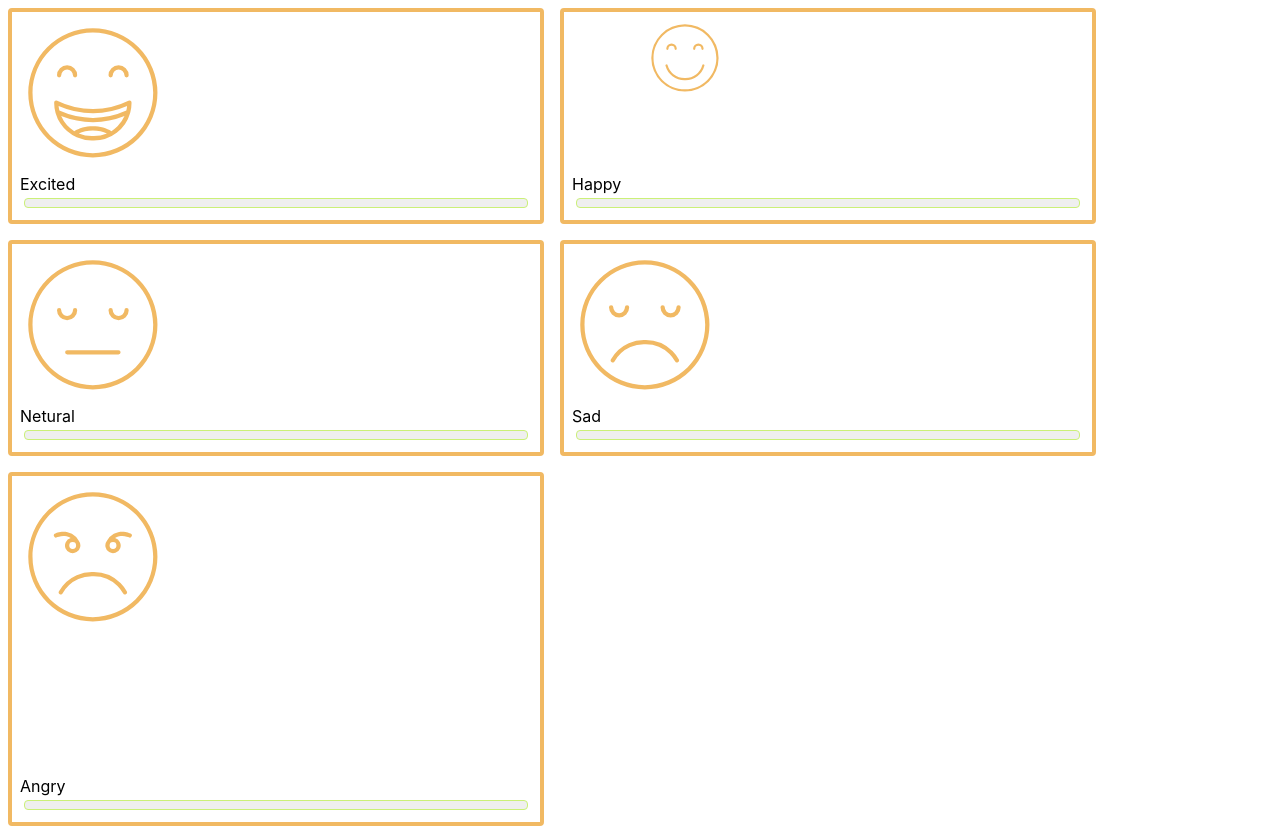
Repository: majakesin/moodify-app
Page: /
These files come from the project's save history. The page is drawn as it stood at one moment and after the next save; the edit follows.
The browser window is 1280 px wide. The pictures show the whole page.
The project was rebuilt for these pictures with package versions that can differ from the ones it lists, and the page was loaded fresh each time.

Above is the page before, as saved 2023-08-21 12:58:06.

### public/index.html
<!DOCTYPE html>
<html lang="en">
  <head>
    <meta charset="utf-8" />
    <link rel="icon" href="%PUBLIC_URL%/logo.svg" />
    <meta name="viewport" content="width=device-width, initial-scale=1" />
    <meta name="theme-color" content="#000000" />
    <meta
      name="description"
      content="Moodify -- App that gives yours ears the best music based on your mood"
    />
    <link rel="apple-touch-icon" href="%PUBLIC_URL%/logo.svg" />
    <!--
      manifest.json provides metadata used when your web app is installed on a
      user's mobile device or desktop. See https://developers.google.com/web/fundamentals/web-app-manifest/
    -->
    <link rel="manifest" href="%PUBLIC_URL%/manifest.json" />
    <!--
      Notice the use of %PUBLIC_URL% in the tags above.
      It will be replaced with the URL of the `public` folder during the build.
      Only files inside the `public` folder can be referenced from the HTML.

      Unlike "/favicon.ico" or "favicon.ico", "%PUBLIC_URL%/favicon.ico" will
      work correctly both with client-side routing and a non-root public URL.
      Learn how to configure a non-root public URL by running `npm run build`.
    -->
    <title>Moodify</title>
  </head>
  <body>
    <noscript>You need to enable JavaScript to run this app.</noscript>
    <div id="root"></div>
    <!--
      This HTML file is a template.
      If you open it directly in the browser, you will see an empty page.

      You can add webfonts, meta tags, or analytics to this file.
      The build step will place the bundled scripts into the <body> tag.

      To begin the development, run `npm start` or `yarn start`.
      To create a production bundle, use `npm run build` or `yarn build`.
    -->
  </body>
</html>

### src/App.js
import "./App.css";
import ChooseMood from "./pages/ChooseMood";

function App() {
  return (
    <div className="App">
      <ChooseMood />
    </div>
  );
}

export default App;

### src/App.css

button {
  border: 1px solid var(--first-color);
  border-radius: 4px;
  padding: 4px;
  margin: 4px;
}

### src/pages/ChooseMood/index.jsx
import { moods } from 'src/data/moods'
import Mood from 'src/components/Mood';

import styles from './index.module.css';

const ChooseMood = () => {

    return (
        <div>
            <div className={styles['mood-list']}>
                {moods.map(({ type, icon }) => {
                    return (<Mood type={type} icon={icon} />)
                })}
            </div>
        </div>
    )

};

export default ChooseMood;

### src/data/moods.js
export const moods = [
    {
        type: 'Excited',
        icon: <svg id="SvgjsSvg1081" xmlns="http://www.w3.org/2000/svg" version="1.1" xmlnsXlink="http://www.w3.org/1999/xlink" xmlnsSvgjs="http://svgjs.com/svgjs">
                <defs id="SvgjsDefs1082"></defs>
                <g id="SvgjsG1083">
                    <svg   preserveAspectRatio="xMidYMid meet" xmlns="http://www.w3.org/2000/svg" data-name="Layer 1" viewBox="0 0 1012 1012" width="288" height="288">
                        <path fill="currentcolor" d="M416.51318,95.48682A226.99992,226.99992,0,1,0,95.48682,416.51318,226.99992,226.99992,0,1,0,416.51318,95.48682ZM256,468C139.103,468,44,372.897,44,256S139.103,44,256,44s212,95.103,212,212S372.897,468,256,468ZM137.5,202a7.50006,7.50006,0,0,0,7.5-7.5,20.5,20.5,0,0,1,41,0,7.5,7.5,0,0,0,15,0,35.5,35.5,0,0,0-71,0A7.50006,7.50006,0,0,0,137.5,202Zm181,0a7.50006,7.50006,0,0,0,7.5-7.5,20.5,20.5,0,0,1,41,0,7.5,7.5,0,0,0,15,0,35.5,35.5,0,0,0-71,0A7.50006,7.50006,0,0,0,318.5,202Zm69.95947,82.13037a7.49875,7.49875,0,0,0-7.27832-.356A284.51645,284.51645,0,0,1,257.5,313h-1.48a284.55042,284.55042,0,0,1-125.2002-29.2251A7.4999,7.4999,0,0,0,120,290.5a132.31839,132.31839,0,0,0,79.15625,121.32324A131.47888,131.47888,0,0,0,252.5,423h7a132.5854,132.5854,0,0,0,127.794-97.37988A133.06894,133.06894,0,0,0,392,290.5,7.5003,7.5003,0,0,0,388.45947,284.13037ZM259.5,408h-7a116.58888,116.58888,0,0,1-46.02222-9.36157C219.72205,391.8783,237.33752,388,256.002,388c18.66236,0,36.27466,3.87708,49.51734,10.63538A116.56076,116.56076,0,0,1,259.5,408Zm83.08691-34.41309a117.56809,117.56809,0,0,1-21.38024,16.93219C305.07166,379.48517,281.17847,373,256.002,373c-25.18383,0-49.0852,6.48932-65.22168,17.52966a116.81051,116.81051,0,0,1-46.07495-53.13611,299.90773,299.90773,0,0,0,111.31323,21.61036c.5044,0,1.01612-.00147,1.52051-.00391A300.023,300.023,0,0,0,367.2478,337.40454,117.86031,117.86031,0,0,1,342.58691,373.58691ZM373.6593,318.347A284.8703,284.8703,0,0,1,257.46094,344c-.49219.00293-.97412.00391-1.46387.00391a284.90227,284.90227,0,0,1-117.65942-25.65967,117.74477,117.74477,0,0,1-2.72388-15.77832A299.64178,299.64178,0,0,0,256.02,328h1.519a299.80874,299.80874,0,0,0,118.84668-25.43555A117.6884,117.6884,0,0,1,373.6593,318.347Z" class="color2c2b2d svgShape"></path>
                    </svg>
                </g>
             </svg>
    },
    {
        type: 'Happy',
        icon: <svg id="SvgjsSvg1102" xmlns="http://www.w3.org/2000/svg" version="1.1" xmlnsXlink="http://www.w3.org/1999/xlink" xmlnsSvgjs="http://svgjs.com/svgjs">
                <defs id="SvgjsDefs1103"></defs>
                <g id="SvgjsG1104">
                    <svg xmlns="http://www.w3.org/2000/svg" data-name="Layer 1" viewBox="0 0 1012 1012" >
                        <path fill="currentcolor" d="M382.042,299.40674a7.496,7.496,0,0,0-9.21582,5.251A117.42927,117.42927,0,0,1,259.5,391h-7a117.41578,117.41578,0,0,1-113.32715-86.33447,7.49971,7.49971,0,1,0-14.46484,3.96875A132.417,132.417,0,0,0,252.5,406h7a132.58733,132.58733,0,0,0,127.793-97.37744A7.4999,7.4999,0,0,0,382.042,299.40674ZM416.51367,95.48682A227.00026,227.00026,0,0,0,95.48633,416.51318,227.00026,227.00026,0,0,0,416.51367,95.48682ZM256,468C139.10254,468,44,372.897,44,256S139.10254,44,256,44s212,95.103,212,212S372.89746,468,256,468ZM137.5,202a7.49974,7.49974,0,0,0,7.5-7.5,20.5,20.5,0,0,1,41,0,7.5,7.5,0,0,0,15,0,35.5,35.5,0,0,0-71,0A7.49974,7.49974,0,0,0,137.5,202Zm181,0a7.49974,7.49974,0,0,0,7.5-7.5,20.5,20.5,0,0,1,41,0,7.5,7.5,0,0,0,15,0,35.5,35.5,0,0,0-71,0A7.49974,7.49974,0,0,0,318.5,202Z" class="color2c2b2d svgShape"></path>
                    </svg>
                </g>
            </svg> ,
    },
    {
        type: 'Netural',
        icon: <svg id="SvgjsSvg1123" width="288" xmlns="http://www.w3.org/2000/svg" version="1.1" xmlnsXlink="http://www.w3.org/1999/xlink" xmlnsSvgjs="http://svgjs.com/svgjs">
                <defs id="SvgjsDefs1124"></defs>
                <g id="SvgjsG1125">
                    <svg xmlns="http://www.w3.org/2000/svg" data-name="Layer 1" viewBox="0 0 1012 1012" width="288" height="288">
                        <path fill="currentcolor" d="M201,204.5a7.5,7.5,0,0,0-15,0,20.5,20.5,0,0,1-41,0,7.5,7.5,0,0,0-15,0,35.5,35.5,0,0,0,71,0ZM374.5,197a7.50006,7.50006,0,0,0-7.5,7.5,20.5,20.5,0,0,1-41,0,7.5,7.5,0,0,0-15,0,35.5,35.5,0,0,0,71,0A7.50006,7.50006,0,0,0,374.5,197ZM416.51318,95.48682A226.99992,226.99992,0,1,0,95.48682,416.51318,226.99992,226.99992,0,1,0,416.51318,95.48682ZM256,468C139.103,468,44,372.897,44,256S139.103,44,256,44s212,95.103,212,212S372.897,468,256,468Zm90-123H166a7.5,7.5,0,0,0,0,15H346a7.5,7.5,0,0,0,0-15Z" class="color2c2b2d svgShape"></path>
                    </svg>
                </g>
            </svg>,
    },
    {
        type: 'Sad',
        icon: <svg id="SvgjsSvg1193" width="288" xmlns="http://www.w3.org/2000/svg" version="1.1" xmlnsXlink="http://www.w3.org/1999/xlink" xmlnsSvgjs="http://svgjs.com/svgjs">
                <defs id="SvgjsDefs1194"></defs>
                <g id="SvgjsG1195">
                    <svg xmlns="http://www.w3.org/2000/svg" data-name="Layer 1" viewBox="0 0 1012 1012" width="288" height="288">
                         <path fill="currentcolor" d="M165.5,230A35.54028,35.54028,0,0,0,201,194.5a7.5,7.5,0,0,0-15,0,20.5,20.5,0,0,1-41,0,7.5,7.5,0,0,0-15,0A35.54028,35.54028,0,0,0,165.5,230Zm209-43a7.50006,7.50006,0,0,0-7.5,7.5,20.5,20.5,0,0,1-41,0,7.5,7.5,0,0,0-15,0,35.5,35.5,0,0,0,71,0A7.50006,7.50006,0,0,0,374.5,187ZM353.19336,347.94678A132.16887,132.16887,0,0,0,259.5,309.14014h-7a131.47793,131.47793,0,0,0-53.34082,11.17529,133.55143,133.55143,0,0,0-62.24854,56.51221,7.50013,7.50013,0,0,0,13.07911,7.34472,118.4576,118.4576,0,0,1,55.21435-50.1289A116.57358,116.57358,0,0,1,252.5,324.14014h7a117.16738,117.16738,0,0,1,83.08691,34.41308,117.92616,117.92616,0,0,1,19.42432,25.62061,7.5,7.5,0,0,0,13.07715-7.34766A132.92018,132.92018,0,0,0,353.19336,347.94678Zm63.31982-252.46A226.99992,226.99992,0,1,0,95.48682,416.51318,226.99992,226.99992,0,1,0,416.51318,95.48682ZM256,468C139.103,468,44,372.897,44,256S139.103,44,256,44s212,95.103,212,212S372.897,468,256,468Z" class="color2c2b2d svgShape"></path>
                    </svg>
                </g>
            </svg>,
    },
    {
        type: 'Angry',
        icon: <svg xmlns="http://www.w3.org/2000/svg" data-name="Layer 1" viewBox="0 0 1012 1012" width="288" height="288">
                <path fill="currentcolor" d="M353.19336,347.94629A132.1737,132.1737,0,0,0,259.5,309.13965h-7a131.5101,131.5101,0,0,0-53.3418,11.17578,133.55212,133.55212,0,0,0-62.24707,56.51172,7.49995,7.49995,0,0,0,13.07813,7.3457A118.46814,118.46814,0,0,1,205.20313,334.043,116.60013,116.60013,0,0,1,252.5,324.13965h7a117.16506,117.16506,0,0,1,83.08691,34.41406,117.92838,117.92838,0,0,1,19.42481,25.62012,7.49957,7.49957,0,1,0,13.07617-7.34766A132.91978,132.91978,0,0,0,353.19336,347.94629ZM416.51367,95.48682A227.00044,227.00044,0,0,0,95.48633,416.51367,227.00044,227.00044,0,0,0,416.51367,95.48682ZM256,468C139.10254,468,44,372.89746,44,256,44,139.103,139.10254,44,256,44s212,95.103,212,212C468,372.89746,372.89746,468,256,468ZM175.12207,188.29736c.96533.53955,1.88086,1.10938,2.769,1.69336a27.02454,27.02454,0,1,0,28.58863,9.52246,62.7776,62.7776,0,0,0-24.04029-24.31005c-27.82519-15.55176-56.1748-2.73292-59.31445-1.21973a7.49994,7.49994,0,1,0,6.50977,13.51367C132.05762,186.33057,153.91113,176.44189,175.12207,188.29736ZM185.12012,204a12,12,0,1,1-12,12A12.01344,12.01344,0,0,1,185.12012,204ZM388.875,173.9834c-3.1416-1.51367-31.49121-14.33447-59.31348,1.21924a62.778,62.778,0,0,0-24.04126,24.31054,26.989,26.989,0,1,0,28.58887-9.52234c.88843-.58435,1.804-1.15429,2.76978-1.694,21.21191-11.85743,43.06347-1.96631,45.48632-.79981A7.49994,7.49994,0,1,0,388.875,173.9834ZM338.87988,216a12,12,0,1,1-12-12A12.01343,12.01343,0,0,1,338.87988,216Z" class="color2c2b2d svgShape"></path>
              </svg>,
    }

]

### src/components/Mood/index.jsx
import styles from './index.module.css';

const Mood = (props) => {

    const { type, icon } = props;

    return (
        <div className={styles.card}>
            <div className={styles.icon}>
                {icon}
            </div>
            <div className={styles.content}>
               <span className={styles.title}> {type} </span>
             <button></button>
            </div>
        </div>
    )
};

export default Mood;

### src/pages/ChooseMood/index.module.css

.wrap {
 color: var(--first-color);
}

.mood-list {
    display: flex;
    flex-direction: row;
    flex-wrap: wrap;
}

### src/components/Mood/index.module.css

@import '../../styles/variables.css';

.card {
    border: 4px solid var(--third-color);
    border-radius: 4px;
    margin: 8px;
    padding: 8px;
    width: 40vw;
}

.icon {
    color: var(--third-color);
}

.content {
    display: flex;
    flex-direction: column;

}

### src/styles/variables.css
:root,
    :root.rainbow {
        --first-color: #cbf078;
        --second-color: #f8f398;
        --third-color: #f1b963;
        --fourth-color: #e46161;
    }
    :root.blue {
        --first-color: #5585b5;
        --second-color: #53a8b6;
        --third-color: #79c2d0;
        --fourth-color: #bbe4e9;
    }
    :root.pink {
        --first-color: #45171d;
        --second-color: #e84a5f;
        --third-color: #ff847c;
        --fourth-color: #fecea8;

    }

Loaded but not shown: src/index.js (common file); src/index.css (common file); src/reportWebVitals.js (common file)

After the next save:
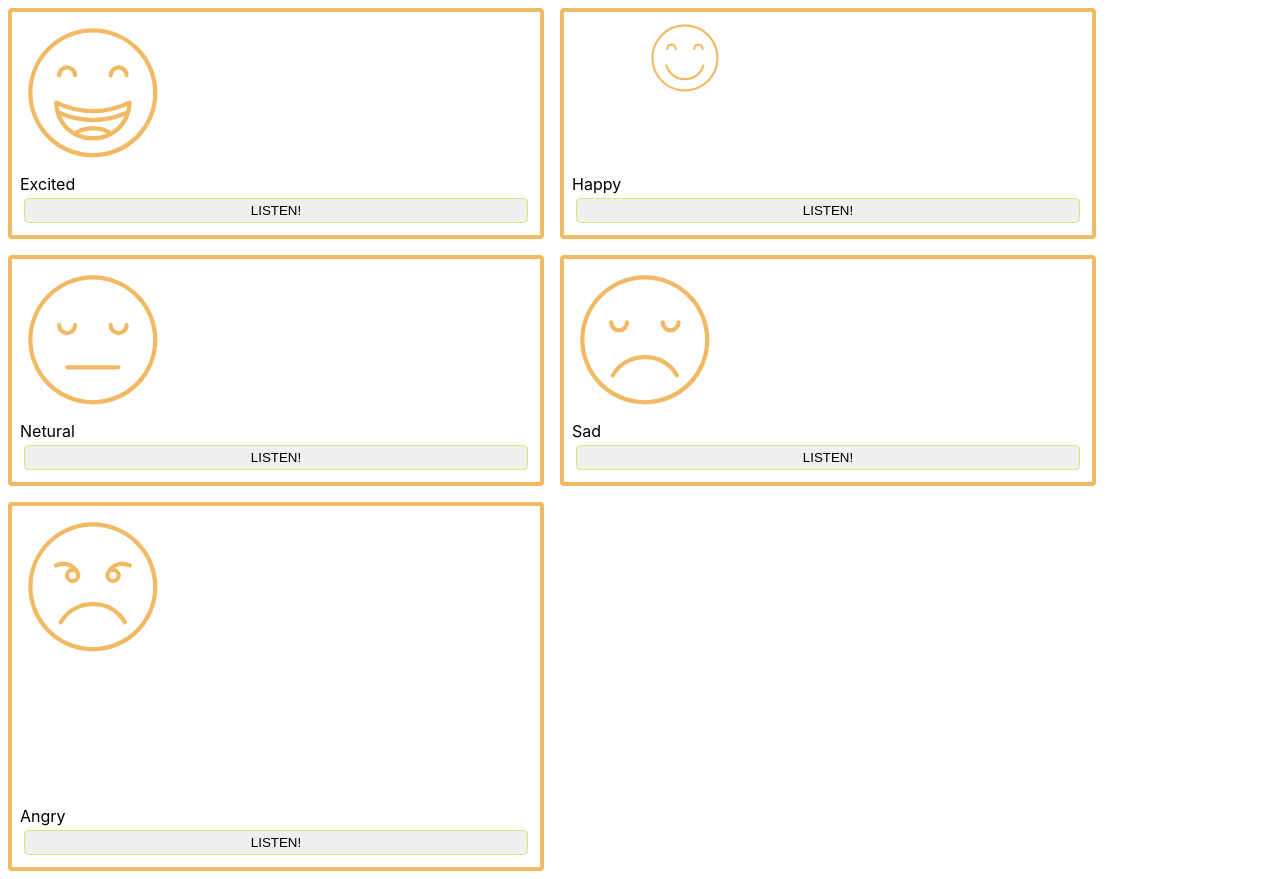
Saved 23 s later.
--- a/src/components/Mood/index.jsx
+++ b/src/components/Mood/index.jsx
@@ -11,7 +11,7 @@ const Mood = (props) => {
             </div>
             <div className={styles.content}>
                <span className={styles.title}> {type} </span>
-             <button></button>
+             <button> LISTEN!</button>
             </div>
         </div>
     )
